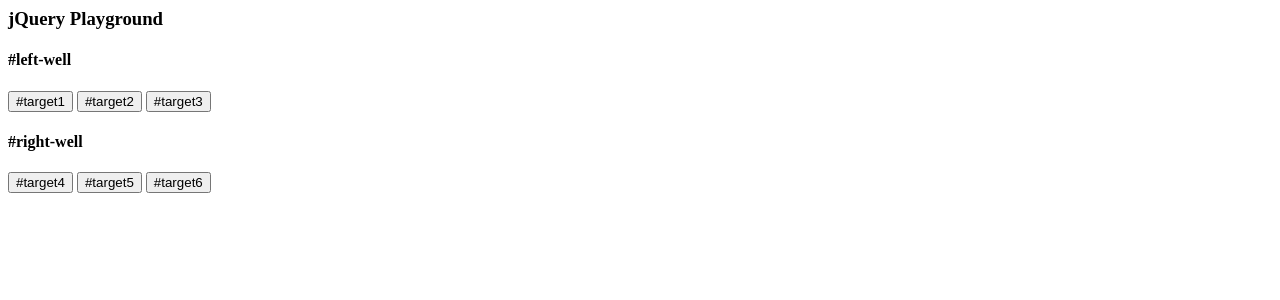
Repository: glgeorgiou/100-days-of-code-projects
Page: Front End Libraries Certification/2.Introduction to jQuery/1.how-thinks-work.html
An editor plug-in stored every save of this project. The page is shown before and after the next save, followed by the edit.
The browser window is 1280 px wide. The pictures show the whole page.

Above is the page before, as saved 2019-05-22 12:31:11.

### Front End Libraries Certification/2.Introduction to jQuery/1.how-thinks-work.html
<!-- Only change code above this line. -->

<div class="container-fluid">
  <h3 class="text-primary text-center">jQuery Playground</h3>
  <div class="row">
    <div class="col-xs-6">
      <h4>#left-well</h4>
      <div class="well" id="left-well">
        <button class="btn btn-default target" id="target1">#target1</button>
        <button class="btn btn-default target" id="target2">#target2</button>
        <button class="btn btn-default target" id="target3">#target3</button>
      </div>
    </div>
    <div class="col-xs-6">
      <h4>#right-well</h4>
      <div class="well" id="right-well">
        <button class="btn btn-default target" id="target4">#target4</button>
        <button class="btn btn-default target" id="target5">#target5</button>
        <button class="btn btn-default target" id="target6">#target6</button>
      </div>
    </div>
  </div>
</div>

Loaded but not shown: Front End Libraries Certification/2.Introduction to jQuery/jquery-3.4.1.min.js (library)

After the next save:
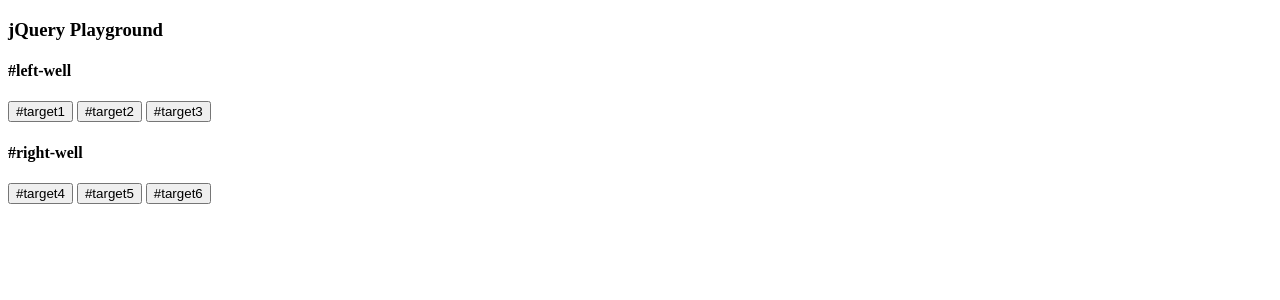
Saved 2 min 35 s later.
--- a/Front End Libraries Certification/2.Introduction to jQuery/1.how-thinks-work.html
+++ b/Front End Libraries Certification/2.Introduction to jQuery/1.how-thinks-work.html
@@ -1,4 +1,14 @@
-<!-- Only change code above this line. -->
+<!DOCTYPE html>
+<html lang="en">
+<head>
+  <meta charset="UTF-8">
+  <meta name="viewport" content="width=device-width, initial-scale=1.0">
+  <meta http-equiv="X-UA-Compatible" content="ie=edge">
+  <title>jQuery Playground</title>
+  <script src="jquery-3.4.1.min.js"></script>
+</head>
+<body>
+  <!-- Only change code above this line. -->
 
 <div class="container-fluid">
   <h3 class="text-primary text-center">jQuery Playground</h3>
@@ -21,3 +31,5 @@
     </div>
   </div>
 </div>
+</body>
+</html>
